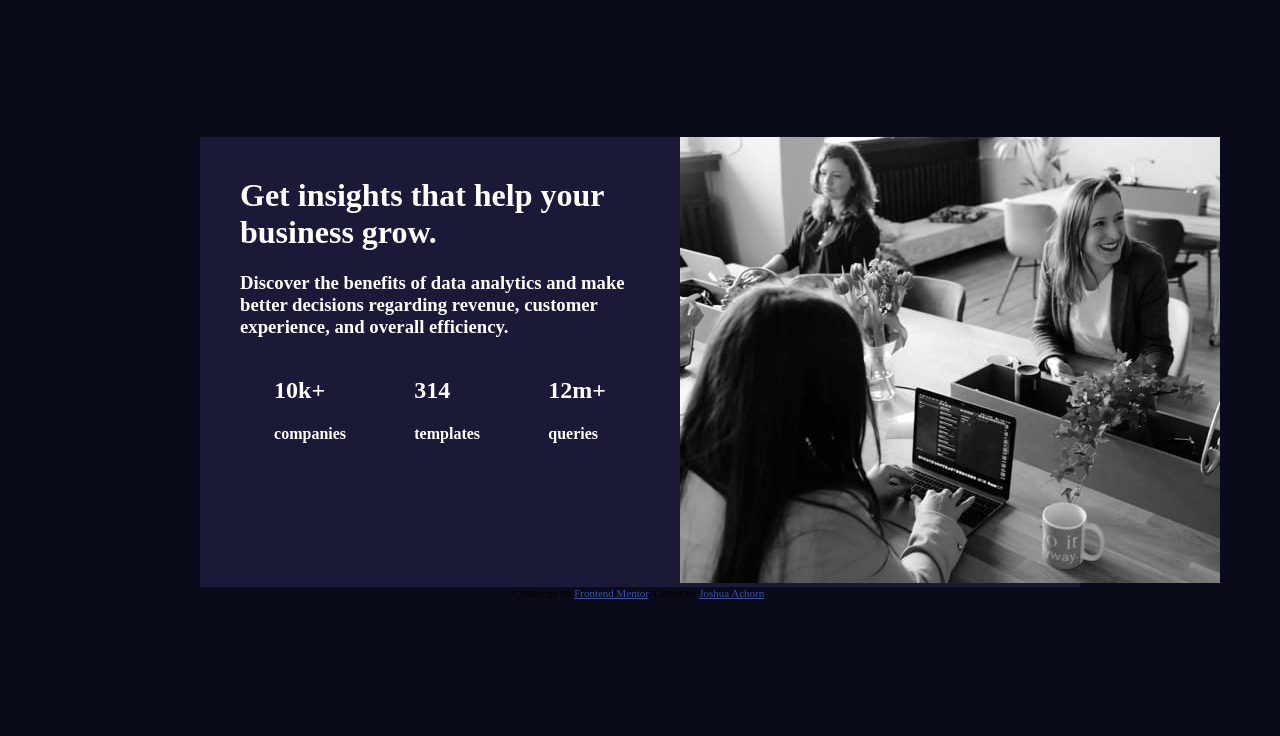
Repository: Achorn/stats-preview-card
Page: index.html
The author's editor kept a copy of each file at every save. The page is drawn from the files as they stood at one save, then again after the next save.
The browser window is 1280 px wide. The pictures show the whole page.

Above is the page before, as saved 2021-06-16 16:45:51.

### index.html
<!DOCTYPE html>
<html lang="en">
  <head>
    <meta charset="UTF-8" />
    <meta name="viewport" content="width=device-width, initial-scale=1.0" />
    <!-- displays site properly based on user's device -->
    <link rel="stylesheet" href="styles.css" />
    <link
      rel="icon"
      type="image/png"
      sizes="32x32"
      href="./images/favicon-32x32.png"
    />

    <title>Frontend Mentor | Stats preview card component</title>

    <!-- Feel free to remove these styles or customise in your own stylesheet 👍 -->
    <style>
      .attribution {
        font-size: 11px;
        text-align: center;
      }
      .attribution a {
        color: hsl(228, 45%, 44%);
      }
    </style>
  </head>
  <body>
    <div id="card-container">
      <div id="text-container">
        <div id="title-container">
          <h1 id="title">Get insights that help your business grow.</h1>
          <h3>
            Discover the benefits of data analytics and make better decisions
            regarding revenue, customer experience, and overall efficiency.
          </h3>
        </div>

        <div id="desc-container">
          <div id="desc">
            <h2>10k+</h2>
            <h4>companies</h4>
          </div>
          <div id="desc">
            <h2>314</h2>
            <h4>templates</h4>
          </div>
          <div id="desc">
            <h2>12m+</h2>
            <h4>queries</h4>
          </div>
        </div>
      </div>
      <div id="img-container">
        <img id="stat-image" src="/images/image-header-desktop.jpg" alt="" />
      </div>
    </div>
    <div class="attribution">
      Challenge by
      <a href="https://www.frontendmentor.io?ref=challenge" target="_blank"
        >Frontend Mentor</a
      >. Coded by <a href="#">Joshua Achorn</a>.
    </div>
  </body>
</html>

### styles.css
body {
  background-color: hsl(233, 47%, 7%);
  display: flex;
  flex-direction: column;
  justify-content: center;
  align-items: center;
  height: 100vh;
}

@media screen and (max-width: 950px) {
  body {
    background-color: lightblue;
  }
  #card-container {
    flex-direction: column-reverse;
  }
  #text-container {
    text-align: center;
    flex-direction: column;
  }

  #stat-image {
    width: auto;
    height: 100%;
  }
}

#card-container {
  color: white;
  background-color: hsl(244, 38%, 16%);
  display: flex;
}
#img-container {
  width: 400px;
}

#text-container {
  width: 400px;
  height: auto;
  padding: 40px;
}

#desc-container {
  display: flex;
  justify-content: space-around;
}

#title {
  margin-top: 0px;
}

After the next save:
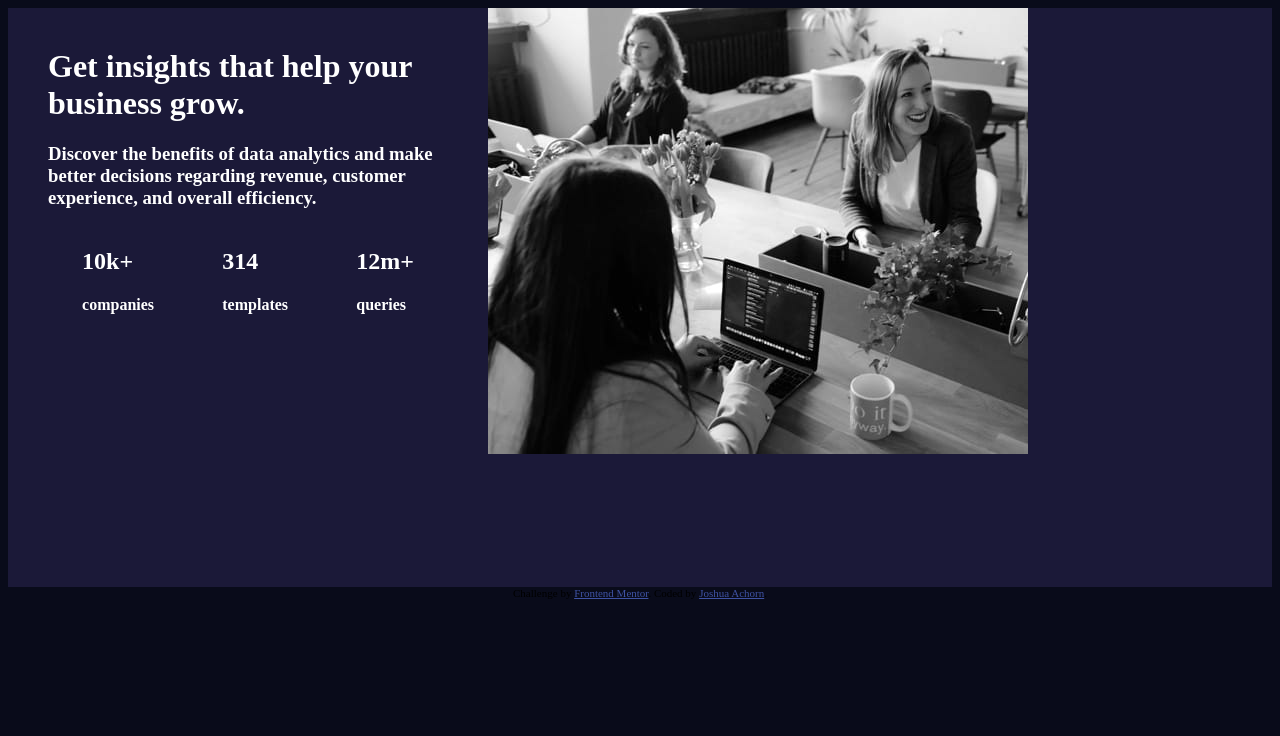
Saved 58 s later.
--- a/styles.css
+++ b/styles.css
@@ -1,9 +1,6 @@
 body {
   background-color: hsl(233, 47%, 7%);
-  display: flex;
-  flex-direction: column;
-  justify-content: center;
-  align-items: center;
+  display: grid;
   height: 100vh;
 }
 
